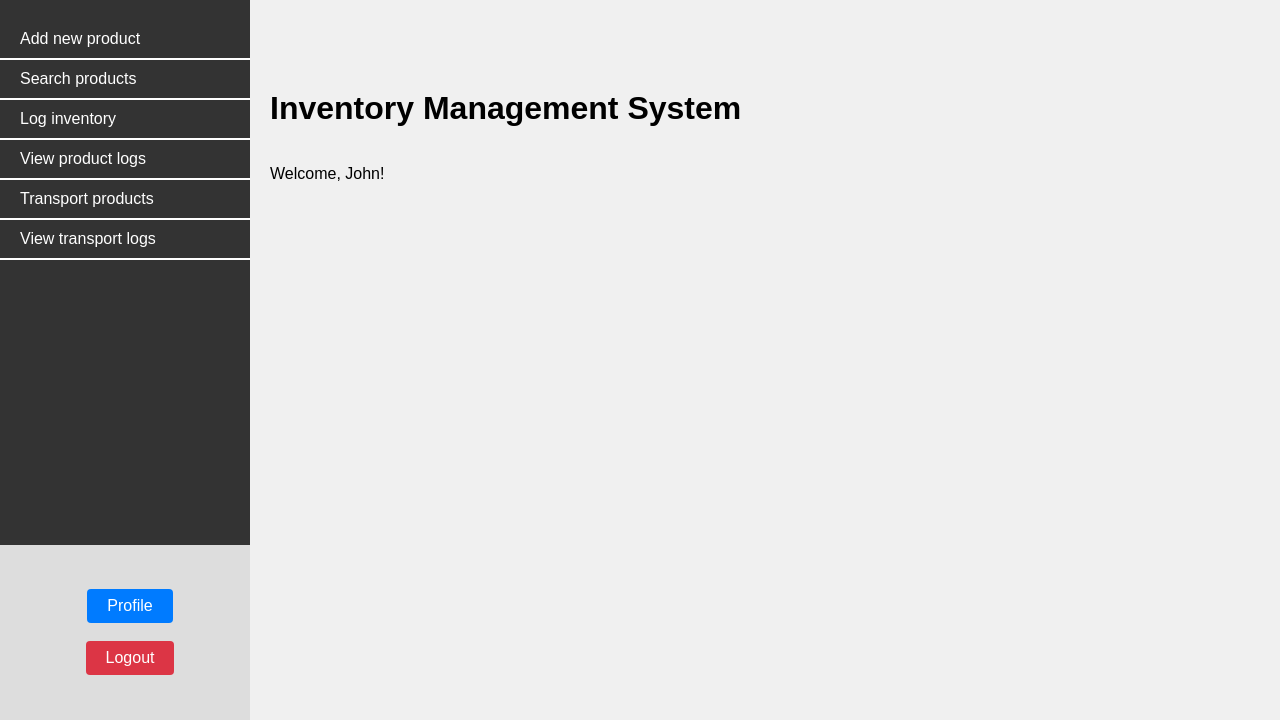
Repository: Warspinix/Flask-Web-Applications
Page: http://localhost/dashboard
An editor plug-in stored every save of this project. The page is shown before and after the next save, followed by the edit.
The browser window is 1280 px wide. The pictures show the whole page.
The page is served by the project's application, run on Flask 3 (app.py). The session is filled in as if someone had signed in: {"user_id": 1, "first_name": "John"}.

Above is the page before, as saved 2024-06-13 22:41:59.

### templates/dashboard.html
<!-- dashboard.html -->

<!DOCTYPE html>
<html>

<head>
    <title>Inventory Management System</title>
    <link rel="stylesheet" type="text/css" href="{{ url_for('static', filename='style.css') }}">
</head>

<body>
    <div class="container">
        <!-- Navigation Bar -->
        <nav class="navbar" id="navbar">
            <div class="navbar-container">
                <!-- Functionality list -->
                <ul class="navbar-menu" id="menu">
                    <li><a href="{{ url_for('add_product') }}">Add new product</a></li>
                    <li><a href="{{ url_for('search_products') }}">Search products</a></li>
                    <li><a href="{{ url_for('log_inventory') }}">Log inventory</a></li>
                    <li><a href="{{ url_for('view_product_logs') }}">View product logs</a></li>
                    <li><a href="{{ url_for('transport_products') }}">Transport products</a></li>
                    <li><a href="{{ url_for('view_transport_logs') }}">View transport logs</a></li>
                </ul>

                <div class="profile-logout">
                    <a href="{{ url_for('profile') }}" class="btn btn-primary">Profile</a><br>
                    <a href="{{ url_for('logout') }}" class="btn btn-danger">Logout</a>
                </div>
            </div>
        </nav>
        <div class="content">
            <h1>Inventory Management System</h1>

            <!-- Welcome message -->
            <p>Welcome, {{ first_name }}!</p>
        </div>
    </div>
</body>

</html>

### app.py
from flask import Flask, render_template, redirect, url_for, flash, session
import flask_mysqldb
from flask_wtf import FlaskForm
from wtforms import StringField, PasswordField, SubmitField, IntegerField, SelectField
from wtforms.validators import DataRequired, NumberRange, Optional
import os
import datetime
from flask_bcrypt import Bcrypt

secret_key = os.urandom(24).hex()

app = Flask(__name__)
app.config["SECRET_KEY"] = secret_key
app.config["MYSQL_HOST"] = "localhost"
app.config["MYSQL_USER"] = "root"
app.config["MYSQL_PASSWORD"] = ""
app.config["MYSQL_DB"] = "inventory"

bcrypt = Bcrypt(app)

mysql = flask_mysqldb.MySQL(app)

class RegistrationForm(FlaskForm):
    email = StringField("Email", validators=[DataRequired()])
    first_name = StringField("First Name", validators=[DataRequired()])
    last_name = StringField("Last Name", validators=[DataRequired()])
    password = PasswordField("Password", validators=[DataRequired()])
    submit = SubmitField("Register")

class LoginForm(FlaskForm):
    user_id = StringField("User ID", validators=[DataRequired()])
    password = PasswordField("Password", validators=[DataRequired()])
    submit = SubmitField("Login")

class AddProductForm(FlaskForm):
    product_name = StringField("Product Name", validators=[DataRequired()])
    submit = SubmitField("Add Product")

class SearchForm(FlaskForm):
    search_by = StringField("Search by", validators=[DataRequired()])
    search_term = StringField("Search term", validators=[DataRequired()])
    submit = SubmitField("Search")

class AddToInventoryForm(FlaskForm):
    product_id = StringField("Product ID", validators=[DataRequired()])
    quantity_added = StringField("Quantity to add", validators=[DataRequired()])
    submit = SubmitField("Add to Inventory")

from flask_wtf import FlaskForm
from wtforms import SelectField, StringField, SubmitField
from wtforms.validators import DataRequired, Optional

class ViewProductLogsForm(FlaskForm):
    search_by = SelectField("Search by", choices=[
        ('', 'Select option'),
        ('id', 'Product ID'),
        ('month', 'Month'),
        ('both', 'Both')
    ], validators=[DataRequired()])
    product_id = StringField("Product ID", validators=[Optional()])
    month = SelectField("Select month", choices=[
        ('', 'Select month'),
        ('1', 'January'), ('2', 'February'), ('3', 'March'), ('4', 'April'),
        ('5', 'May'), ('6', 'June'), ('7', 'July'), ('8', 'August'),
        ('9', 'September'), ('10', 'October'), ('11', 'November'), ('12', 'December')
    ], validators=[Optional()])
    submit = SubmitField("View Logs")


class TransportForm(FlaskForm):
    product_id = IntegerField('Product ID', validators=[DataRequired(), NumberRange(min=1)])
    quantity_transported = IntegerField('Quantity to transport', validators=[DataRequired(), NumberRange(min=1)])
    submit = SubmitField('Transport')

class ViewTransportLogsForm(FlaskForm):
    search_by = SelectField("Search by", choices=[('', 'Select option'), ('id', 'Product ID'), ('month', 'Month'), ('both', 'Both')], validators=[DataRequired()])
    product_id = StringField("Product ID", validators=[Optional()])
    month = StringField("Select month", validators=[Optional()])
    submit = SubmitField("View Logs")


@app.route("/")
def index():
    return render_template("index.html")

@app.route("/register", methods=["GET", "POST"])
def register():
    form = RegistrationForm()
    if form.validate_on_submit():
        cur = mysql.connection.cursor()
        cur.execute("SELECT COUNT(*) FROM users")
        count = cur.fetchone()[0] + 1
        user_id = str(datetime.date.today().year) + str(count).zfill(3)
        registration_date = datetime.date.today()
        registration_time = datetime.datetime.now().time()
        hashed_password = bcrypt.generate_password_hash(form.password.data).decode('utf-8')
        cur.execute("INSERT INTO users (id, email, first_name, last_name, password, registration_date, registration_time) VALUES (%s, %s, %s, %s, %s, %s, %s)",
                    (user_id, form.email.data, form.first_name.data, form.last_name.data, hashed_password, registration_date, registration_time))
        mysql.connection.commit()
        # flash("Registration successful! You will be redirected to the home page in 3 seconds.")
        # return render_template("register_success.html")
        return redirect(url_for("index"))
    return render_template("register.html", form=form)

@app.route("/login", methods=["GET", "POST"])
def login():
    form = LoginForm()
    if form.validate_on_submit():
        cur = mysql.connection.cursor()
        print(form.user_id.data)
        print(form.password.data)
        cur.execute("SELECT password, first_name FROM users WHERE email = %s", (form.user_id.data,))
        result = cur.fetchone()
        print(result)
        if result:
            hashed_password = result[0]
            if bcrypt.check_password_hash(hashed_password, form.password.data):
                session['user_id'] = form.user_id.data
                session['first_name'] = result[1]  # Store first name in session
                return redirect(url_for("dashboard"))
            else:
                flash("Invalid user ID or password")
        else:
            flash("Invalid user ID or password")
    return render_template("login.html", form=form)

@app.route("/logout")
def logout():
    session.pop('user_id', None)
    session.pop('first_name', None)
    return redirect(url_for("index"))

@app.route("/dashboard")
def dashboard():
    if 'user_id' not in session:
        return redirect(url_for("login"))
    return render_template("dashboard.html", user_id=session['user_id'], first_name=session['first_name'])

@app.route("/profile")
def profile():
    if 'user_id' not in session:
        return redirect(url_for("login"))
    cur = mysql.connection.cursor()
    cur.execute("SELECT email, first_name, last_name, registration_date FROM users WHERE id = %s", (session['user_id'],))
    result = cur.fetchone()
    if result:
        return render_template("profile.html", email=result[0], first_name=result[1], last_name=result[2], registration_date=result[3])
    else:
        flash("User not found")
        return redirect(url_for("dashboard"))

@app.route("/add_product", methods=["GET", "POST"])
def add_product():
    if 'user_id' not in session:
        return redirect(url_for("login"))
    form = AddProductForm()
    if form.validate_on_submit():
        cur = mysql.connection.cursor()
        cur.execute("INSERT INTO products (name, quantity) VALUES (%s, %s)",
                    (form.product_name.data, 0))
        mysql.connection.commit()
        cur.execute("SELECT id FROM products ORDER BY id DESC LIMIT 1")
        product_id = cur.fetchone()[0]
        flash("Product added successfully! Product ID is " + str(product_id))
    return render_template("add_product.html", form=form, user_id=session['user_id'], first_name=session['first_name'])

@app.route("/search_products", methods=["GET", "POST"])
def search_products():
    if 'user_id' not in session:
        return redirect(url_for("login"))
    form = SearchForm()
    if form.validate_on_submit():
        cur = mysql.connection.cursor()
        if form.search_by.data == "id":
            cur.execute("SELECT * FROM products WHERE id = %s", (form.search_term.data,))
        else:
            cur.execute("SELECT * FROM products WHERE name LIKE %s", ("%" + form.search_term.data + "%",))
        products = cur.fetchall()
        return render_template("search_products.html", form=form, products=products, user_id=session['user_id'], first_name=session['first_name'])
    return render_template("search_products.html", form=form, user_id=session['user_id'], first_name=session['first_name'])

@app.route("/log_inventory", methods=["GET", "POST"])
def log_inventory():
    if 'user_id' not in session:
        return redirect(url_for("login"))
    form = AddToInventoryForm()
    if form.validate_on_submit():
        cur = mysql.connection.cursor()
        cur.execute("SELECT quantity FROM products WHERE id = %s", (form.product_id.data,))
        result = cur.fetchone()
        if result:
            new_quantity = result[0] + int(form.quantity_added.data)
            cur.execute("UPDATE products SET quantity = %s WHERE id = %s", (new_quantity, form.product_id.data))
            mysql.connection.commit()
            cur.execute("INSERT INTO products_log (product_id, quantity_added, log_date, log_time, user_id) VALUES (%s, %s, %s, %s, %s)",
                        (form.product_id.data, form.quantity_added.data, datetime.date.today(), datetime.datetime.now().time(), session['user_id']))
            mysql.connection.commit()
            flash("Inventory updated successfully!")
        else:
            flash("Product not found")
    return render_template("log_inventory.html", form=form, user_id=session['user_id'], first_name=session['first_name'])

@app.route("/view_product_logs", methods=["GET", "POST"])
def view_product_logs():
    if 'user_id' not in session:
        return redirect(url_for("login"))

    form = ViewProductLogsForm()
    product_logs = None

    if form.validate_on_submit():
        search_by = form.search_by.data
        product_id = form.product_id.data
        month = form.month.data

        query = """SELECT pl.product_id, p.name, pl.quantity_added, pl.log_date, pl.log_time,
                          CONCAT(u.first_name, ' ', u.last_name) AS full_name
                   FROM products_log pl
                   JOIN products p ON pl.product_id = p.id
                   JOIN users u ON pl.user_id = u.id"""
        conditions = []
        params = []

        if search_by == 'id':
            conditions.append("pl.product_id = %s")
            params.append(product_id)
        elif search_by == 'month':
            conditions.append("MONTH(pl.log_date) = %s")
            params.append(month)
        elif search_by == 'both':
            conditions.append("pl.product_id = %s AND MONTH(pl.log_date) = %s")
            params.append(product_id)
            params.append(month)

        if conditions:
            query += " WHERE " + " AND ".join(conditions)

        cur = mysql.connection.cursor()
        cur.execute(query, tuple(params))
        product_logs = cur.fetchall()

    return render_template("view_product_logs.html", form=form, product_logs=product_logs, user_id=session['user_id'], first_name=session['first_name'])

@app.route("/transport_products", methods=["GET", "POST"])
def transport_products():
    if 'user_id' not in session:
        return redirect(url_for("login"))
    form = TransportForm()
    if form.validate_on_submit():
        cur = mysql.connection.cursor()
        cur.execute("SELECT quantity FROM products WHERE id = %s", (form.product_id.data,))
        result = cur.fetchone()
        if result:
            current_quantity = result[0]
            if current_quantity >= form.quantity_transported.data:
                new_quantity = current_quantity - form.quantity_transported.data
                cur.execute("UPDATE products SET quantity = %s WHERE id = %s", (new_quantity, form.product_id.data))
                mysql.connection.commit()
                cur.execute("INSERT INTO transports_log (product_id, user_id, quantity_transported, log_date, log_time) VALUES (%s, %s, %s, %s, %s)",
                            (form.product_id.data, session['user_id'], form.quantity_transported.data, datetime.date.today(), datetime.datetime.now().time()))
                mysql.connection.commit()
                flash("Product transported successfully!")
            else:
                flash("Not enough quantity in stock")
        else:
            flash("Product not found")
    return render_template("transport_products.html", form=form, user_id=session['user_id'], first_name=session['first_name'])

@app.route("/view_transport_logs", methods=["GET", "POST"])
def view_transport_logs():
    if 'user_id' not in session:
        return redirect(url_for("login"))
    form = ViewTransportLogsForm()
    transport_logs = None
    if form.validate_on_submit():
        search_by = form.search_by.data
        product_id = form.product_id.data
        month = form.month.data

        query = """SELECT tl.id, tl.product_id, p.name, tl.quantity_transported, tl.log_date, tl.log_time,
                          CONCAT(u.first_name, ' ', u.last_name) AS full_name
                   FROM transports_log tl
                   JOIN products p ON tl.product_id = p.id
                   JOIN users u ON tl.user_id = u.id"""
        params = []

        if search_by == 'id':
            query += " WHERE tl.product_id = %s"
            params.append(product_id)
        elif search_by == 'month':
            query += " WHERE MONTH(tl.log_date) = %s"
            params.append(month)
        elif search_by == 'both':
            query += " WHERE tl.product_id = %s AND MONTH(tl.log_date) = %s"
            params.append(product_id)
            params.append(month)

        cur = mysql.connection.cursor()
        cur.execute(query, tuple(params))
        transport_logs = cur.fetchall()

    return render_template("view_transport_logs.html", form=form, transport_logs=transport_logs, user_id=session['user_id'], first_name=session['first_name'])

if __name__ == "__main__":
    app.run(debug=True)

### static/style.css
/* Reset default styles */
* {
    margin: 0;
    padding: 0;
    box-sizing: border-box;
}

body {
    font-family: Arial, sans-serif;
    background-color: #f0f0f0;
    display: flex;
    flex-direction: column;
    min-height: 100vh;
}

h1 {
    padding-bottom: 1.2em;
}

/* Navigation Bar styles */
.navbar {
    background-color: #333;
    color: #fff;
    position: fixed;
    width: 250px; /* Set the width */
    height: 100%;
    top: 0;
    left: 0;
    z-index: 1000;
    transition: all 0.3s ease;
}

.navbar-container {
    display: flex;
    flex-direction: column;
    height: 100%;
}

.navbar-header {
    display: flex;
    align-items: center;
    justify-content: space-between; /* Adjust spacing */
    margin-bottom: 20px; /* Adjust spacing */
}

.navbar-brand {
    color: #fff;
    text-decoration: none;
    font-size: 1.5rem;
    margin-left: 10px;
}

.navbar-menu {
    list-style-type: none;
    display: flex;
    height: 75svh;
    /* padding: 10px 20px; */
    flex-direction: column;
    margin-top: 20px; /* Push menu items to the bottom */
}

.navbar-menu li a {
    color: #fff;
    text-decoration: none;
}

.navbar-menu li {
    margin-right: 0;
    padding: 10px 20px;
    border-bottom: 2px solid white;
    transition: color 0.3s ease;
}

.navbar-menu li:hover {
    background-color: #007bff;
}

/* Profile and logout buttons */
.profile-logout {
    display: flex;
    flex-direction: column;
    background-color: #ddd;
    align-items: center;
    justify-content: center;
    text-align: right;
    padding: 10px 40px;
    height: 25svh;
}

.profile-logout a {
    color: #fff;
    text-decoration: none;
    padding: 8px 20px;
    border-radius: 4px;
    margin-left: 10px;
    transition: background-color 0.3s ease;
}

.profile-logout a.btn {
    color: #fff;
    text-decoration: none;
    padding: 8px 20px;
    border-radius: 4px;
    transition: background-color 0.3s ease;
}

.profile-logout a.btn-primary {
    background-color: #007bff;
}

.profile-logout a.btn-primary:hover {
    background-color: #0056b3;
}

.profile-logout a.btn-danger {
    background-color: #dc3545;
}

.profile-logout a.btn-danger:hover {
    background-color: #333;
}


/* Menu toggle button */
.menu-toggle {
    background: none;
    border: none;
    cursor: pointer;
    display: none;
    padding: 5px;
    position: absolute;
    top: 10px;
    right: 10px;
    z-index: 1500;
}

.menu-toggle span {
    background-color: #fff;
    display: block;
    height: 2px;
    margin-bottom: 4px;
    transition: transform 0.2s ease, background-color 0.2s ease;
    width: 20px;
}

.menu-toggle span:nth-child(1) {
    transform: translateY(6px) rotate(45deg);
}

.menu-toggle span:nth-child(2) {
    opacity: 0;
}

.menu-toggle span:nth-child(3) {
    transform: translateY(-6px) rotate(-45deg);
}

@media screen and (max-width: 768px) {
    .navbar {
        width: 250px;
        transform: translateX(-100%);
        transition: transform 0.3s ease;
    }

    .navbar.active {
        transform: translateX(0);
    }

    .navbar-container {
        flex-direction: row;
    }

    .navbar-header {
        margin-bottom: 20px; /* Adjust spacing */
        width: 100%;
        display: flex;
        justify-content: space-between;
    }

    .navbar-brand {
        margin-bottom: 0; /* Adjust spacing */
    }

    .navbar-menu {
        flex-direction: column;
        margin-top: 0;
        width: 100%;
    }

    .navbar-menu.active {
        flex-direction: column;
    }

    .menu-toggle {
        display: block;
    }

    .profile-logout a {
        margin-left: 10px;
        margin-bottom: 0;
    }
}

/* Side Navigation for small screens */
.side-nav {
    position: fixed;
    top: 0;
    left: -250px;
    width: 250px;
    height: 100%;
    background-color: #333;
    transition: all 0.3s ease;
    z-index: 1200;
}

.side-nav.active {
    left: 0;
}

.side-nav ul {
    list-style-type: none;
    padding: 0;
    margin: 20px 0;
}

.side-nav ul li {
    padding: 10px;
    border-bottom: 1px solid #666;
}

.side-nav ul li a {
    color: #fff;
    text-decoration: none;
    display: block;
    transition: all 0.3s ease;
}

.side-nav ul li a:hover {
    background-color: #007bff;
}

/* Content area */
.content {
    margin-left: 250px; /* Width of the side nav */
    margin-top: 70px;
    padding: 20px;
    flex: 1;
}

/* Form styles */
form {
    background-color: #fff;
    padding: 20px;
    border-radius: 8px;
    box-shadow: 0 4px 6px rgba(0, 0, 0, 0.1);
}

form label {
    font-weight: bold;
}

form input[type="number"],
form select {
    padding: 8px;
    margin-top: 5px;
    width: 100%;
    border: 1px solid #ccc;
    border-radius: 4px;
}

form input[type="submit"] {
    background-color: #007bff;
    color: #fff;
    border: none;
    padding: 10px 20px;
    cursor: pointer;
    margin-top: 10px;
    border-radius: 4px;
    transition: background-color 0.3s ease;
}

form input[type="submit"]:hover {
    background-color: #0056b3;
}

/* Table styles */
table {
    width: 100%;
    margin-top: 20px;
    border-collapse: collapse;
    border-radius: 8px;
    overflow: hidden;
    box-shadow: 0 4px 6px rgba(0, 0, 0, 0.1);
}

table th, table td {
    padding: 12px 15px;
    text-align: left;
    border-bottom: 1px solid #ddd;
}

table th {
    background-color: #007bff;
    color: #fff;
}

After the next save:
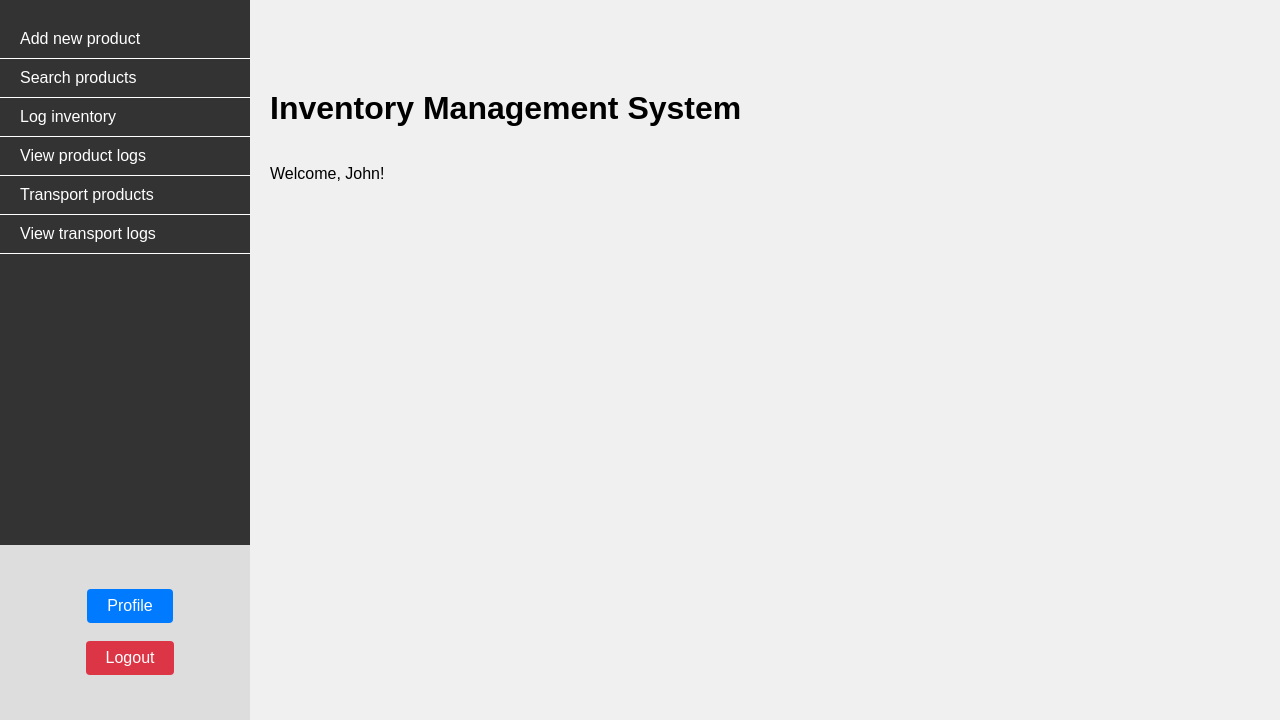
Saved 41 s later.
--- a/static/style.css
+++ b/static/style.css
@@ -67,7 +67,7 @@ h1 {
 .navbar-menu li {
     margin-right: 0;
     padding: 10px 20px;
-    border-bottom: 2px solid white;
+    border-bottom: 1px solid white;
     transition: color 0.3s ease;
 }
 
